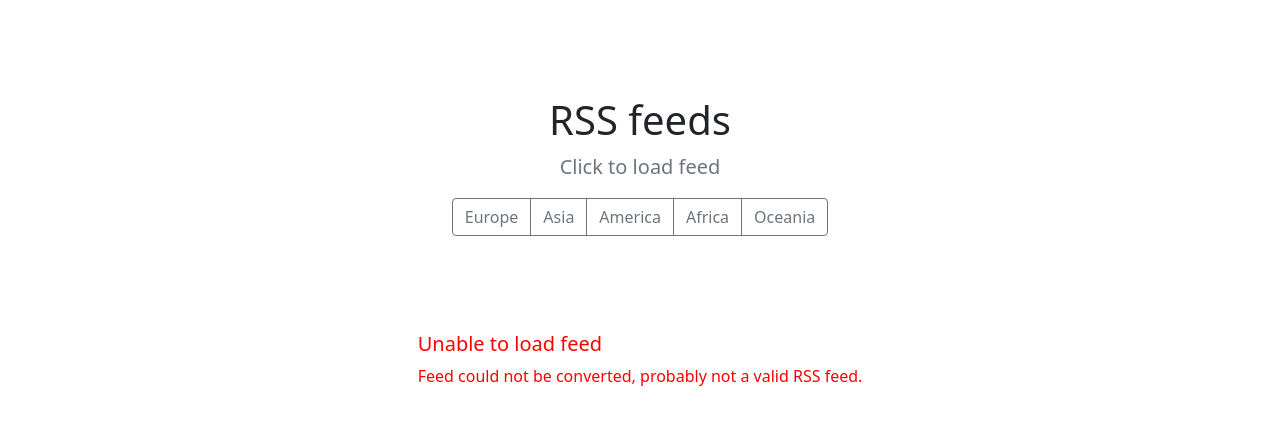
Repository: lilit1121/Templating-DOM-manipulation-and-data-processing
Page: oceania.html
The author's editor kept a copy of each file at every save. The page is drawn from the files as they stood at one save, then again after the next save.
The browser window is 1280 px wide. The pictures show the whole page.
The page's requests for data from a server got no answer.

Above is the page before, as saved 2023-02-09 16:13:52.

### oceania.html
<!DOCTYPE html>
<html lang="en">
   <head>
    <meta charset="UTF-8" />
    <meta http-equiv="X-UA-Compatible" content="IE=edge" />
    <meta name="viewport" content="width=device-width, initial-scale=1.0" />
    <link rel="stylesheet" href="styles.css" />
    <link
      href="https://cdn.jsdelivr.net/npm/bootstrap@5.0.2/dist/css/bootstrap.min.css"
      rel="stylesheet"
      integrity="sha384-EVSTQN3/azprG1Anm3QDgpJLIm9Nao0Yz1ztcQTwFspd3yD65VohhpuuCOmLASjC"
      crossorigin="anonymous"
    />
    <script
      src="https://cdn.jsdelivr.net/npm/bootstrap@5.0.2/dist/js/bootstrap.bundle.min.js"
      integrity="sha384-MrcW6ZMFYlzcLA8Nl+NtUVF0sA7MsXsP1UyJoMp4YLEuNSfAP+JcXn/tWtIaxVXM"
      crossorigin="anonymous"
    ></script>
    <title>Templating, DOM manipulation and data processing</title>
  </head>
  <body>
    <section class="py-5 text-center container">
      <div class="row py-lg-5">
        <div class="col-lg-6 col-md-8 mx-auto">
          <h1 class="fw-light">RSS feeds</h1>
          <p class="lead text-muted">Click to load feed</p>
          <div class="btn-group">
            <a href="./europe.html#" class="btn btn-outline-secondary">Europe</a>
            <a href="./asia.html#" class="btn btn-outline-secondary">Asia</a>
            <a href="./americas.html#" class="btn btn-outline-secondary"
              >America</a
            >
            <a href="./africa.html#" class="btn btn-outline-secondary"
              >Africa</a
            >
            <a href="./oceania.html#" class="btn btn-outline-secondary"
              >Oceania</a
            >
          </div>
        </div>
      </div>
    </section>


    <!-- Loading state UI -->
    <div id="loadding" class="visually-hidden">
      <svg
      xmlns="http://www.w3.org/2000/svg"
      xmlns:xlink="http://www.w3.org/1999/xlink"
      style="margin: auto; background: #fff; display: block"
      width="200px"
      height="200px"
      viewBox="0 0 100 100"
      preserveAspectRatio="xMidYMid"
    >
      <circle
        cx="50"
        cy="50"
        r="32"
        stroke-width="8"
        stroke="#416cff"
        stroke-dasharray="50.26548245743669 50.26548245743669"
        fill="none"
        stroke-linecap="round"
      >
        <animateTransform
          attributeName="transform"
          type="rotate"
          repeatCount="indefinite"
          dur="1s"
          keyTimes="0;1"
          values="0 50 50;360 50 50"
        ></animateTransform>
      </circle>
    </svg>
  </div>

    <!-- Error state UI -->
    <div id="error">
      <div>
      <h5>Unable to load feed</h5>
      <!-- Show error message, if applicable -->
      Feed could not be converted, probably not a valid RSS feed.<br />
    </div>
  </div>
    <!-- Pagination -->
    <div  id="main_container" class="container">
    <section class="py-5 text-center container">
      <div class="row py-lg-5">
        <nav>
          <ul class="pagination">
            <li class="page-item disabled">
              <a class="page-link">Previous</a>
            </li>
            <li class="page-item active">
              <a class="page-link" href="#">1</a>
            </li>
            <li class="page-item">
              <a class="page-link" href="#">2</a>
            </li>
            <li class="page-item"><a class="page-link" href="#">3</a></li>
            <li class="page-item">
              <a class="page-link" href="#">Next</a>
            </li>
          </ul>
        </nav>
      </div>
    </section>

      <!-- Feed (Show no more than 5 posts per page) -->
      <div
       id="content_section"
        class="row row-cols-1 row-cols-sm-2 row-cols-md-3 g-3"
      ></div>


    <!-- Pagination -->
    <section class="py-5 text-center container">
      <div class="row py-lg-5">
        <nav>
          <ul class="pagination">
            <li class="page-item disabled">
              <a class="page-link">Previous</a>
            </li>
            <li class="page-item active">
              <a class="page-link" href="#">1</a>
            </li>
            <li class="page-item">
              <a class="page-link" href="#">2</a>
            </li>
            <li class="page-item"><a class="page-link" href="#">3</a></li>
            <li class="page-item">
              <a class="page-link" href="#">Next</a>
            </li>
          </ul>
        </nav>
      </div>
    </div>
    </section>
    <script src="./script.js"></script>
  </body>
</html>

### styles.css

.card-text {
    display: -webkit-box;
    -webkit-box-orient: vertical;
    -webkit-line-clamp: 4;
    overflow: hidden;
  }
#error{
  display: none;
  justify-content: center;
  color: red;
}

### script.js
const main_container = document.getElementById("main_container");
const content_section = document.getElementById("content_section");
const page_item = document.querySelectorAll(".page-item");
const loadding = document.getElementById("loadding");
const error = document.getElementById("error");
let countriesData;
let sliceStart = 0;
let currentPage = 1;



page_item.forEach((el) => {
  el.addEventListener("click", (event) => {
    changePage(event);
  });
});

function changePage(e) {
  if (e.target.innerText === "Next" && sliceStart < 10) {
    sliceStart += 5;
    currentPage = (sliceStart - 5) / 5 + 2;
  } else if (e.target.innerText === "Previous" && sliceStart > 0) {
    sliceStart -= 5;
    currentPage = (sliceStart + 5) / 5;
  } else if (
    e.target.innerText === "1" ||
    e.target.innerText === "2" ||
    e.target.innerText === "3"
  ) {
    currentPage = +e.target.innerText;
    sliceStart = (+e.target.innerText - 1) * 5;
  }
  page_item.forEach((el) => {
    el.classList.remove("active");
    el.classList.remove("disabled");
    if (currentPage === +el.innerText) el.classList.add("active");
    else if (currentPage === 1 && el.innerText === "Previous")
      el.classList.add("disabled");
    else if (currentPage === 3 && el.innerText === "Next")
      el.classList.add("disabled");
  });
  showCountrys(countriesData, sliceStart);
}

function showCountrys(countriesData, sliceStart) {
  let countrys = countriesData.slice(sliceStart, sliceStart + 5);
  content_section.innerHTML = "";
  for (let i = 0; i < countrys.length; i++) {
    content_section.innerHTML += `<div id="content_section" class="col">
    <div class="card shadow-sm">
      <img src=${countrys[i].flags.png} />
      <div class="card-body">
        <h4>
          Country: ${countrys[i].name.official}
        </h4>
        <h5>
          Country: ${countrys[i].capital ? countrys[i].capital[0] : undefined}
        </h5>
        <p class="card-text">
          <small
            >Population: ${countrys[i].population}</small
          >
        </p>
        <p><a href="#">Read more &rarr;</a></p>
        <div class="d-flex justify-content-between align-items-center">
          <!-- Format date appropriately as per browser/device region format -->
          <small class="text-muted">Dec 10, 2021</small>
        </div>
      </div>
    </div>
    </div>  `;
  }
}

(async function getCountriesDataByRegion() {
  loadding.style.display = "contents";
  main_container.style.display = "none";
  await fetch(
    `https://restcountries.com/v3.1/region/${
      window.location.pathname.slice(1).split(".")[0]
    }`
  )
    .then((res) => res.json())
    .then((data) => {
      countriesData = data.slice(0, 15);
      showCountrys(countriesData, sliceStart);
      main_container.style.display = "block";
    })
    .catch(() => (error.style.display = "flex"));

  loadding.style.display = "none";
})();

After the next save:
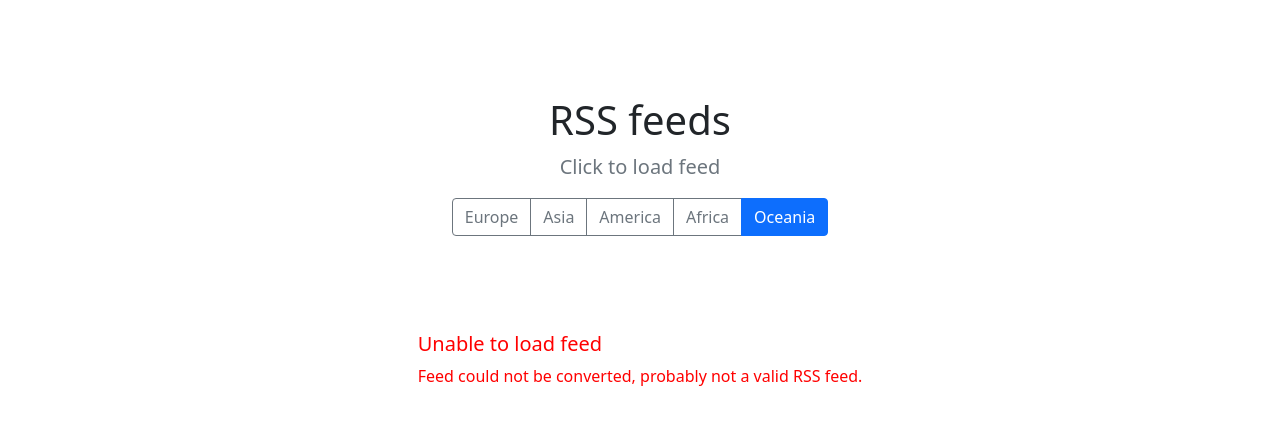
Saved 7 s later.
--- a/oceania.html
+++ b/oceania.html
@@ -33,7 +33,7 @@
             <a href="./africa.html#" class="btn btn-outline-secondary"
               >Africa</a
             >
-            <a href="./oceania.html#" class="btn btn-outline-secondary"
+            <a href="./oceania.html#" class="btn btn-primary"
               >Oceania</a
             >
           </div>
